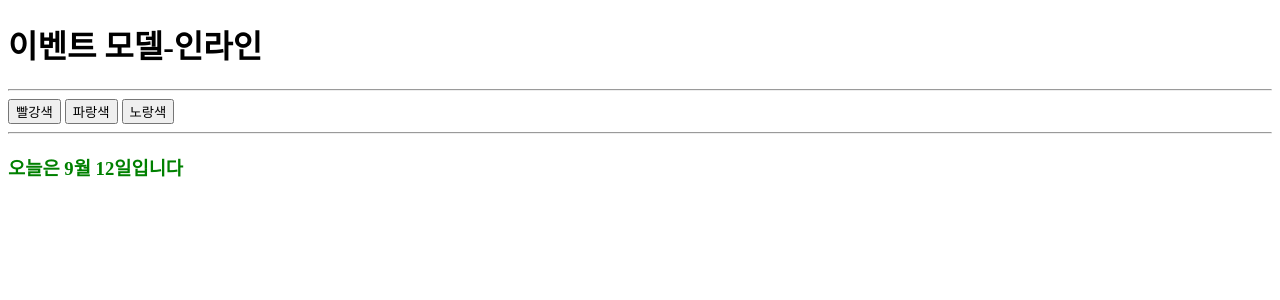
Repository: jhsnex123/web_study
Page: edu/src/main/webapp/jsexam/domexam/exercise11_1.html
The author's editor kept a copy of each file at every save. The page is drawn from the files as they stood at one save, then again after the next save.
The browser window is 1280 px wide. The pictures show the whole page.
After loading, the first visible `#bt3` was clicked once.

Above is the page before, as saved 2024-09-25 08:42:42.

After the next save:
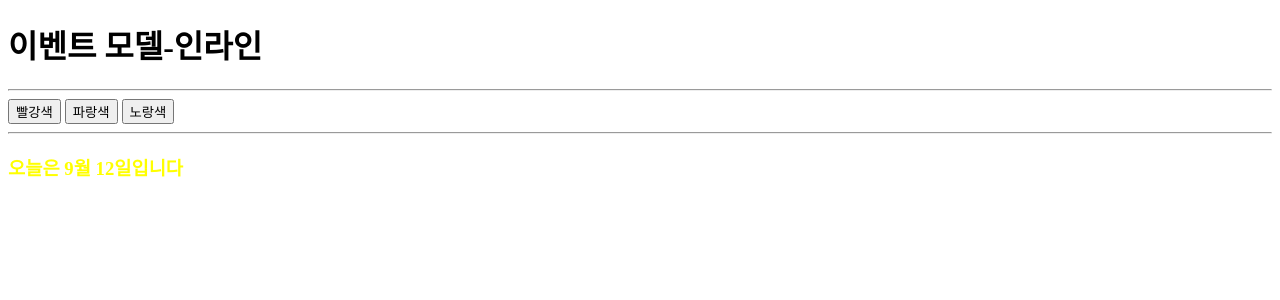
Saved 12 s later.
--- a/edu/src/main/webapp/jsexam/domexam/exercise11_1.html
+++ b/edu/src/main/webapp/jsexam/domexam/exercise11_1.html
@@ -28,7 +28,7 @@
 		dateDisplay.style.color='blue';
 	}
 	function update3(){
-		dateDisplay.style.color='green';
+		dateDisplay.style.color='yellow';
 	}
 
 	</script>
